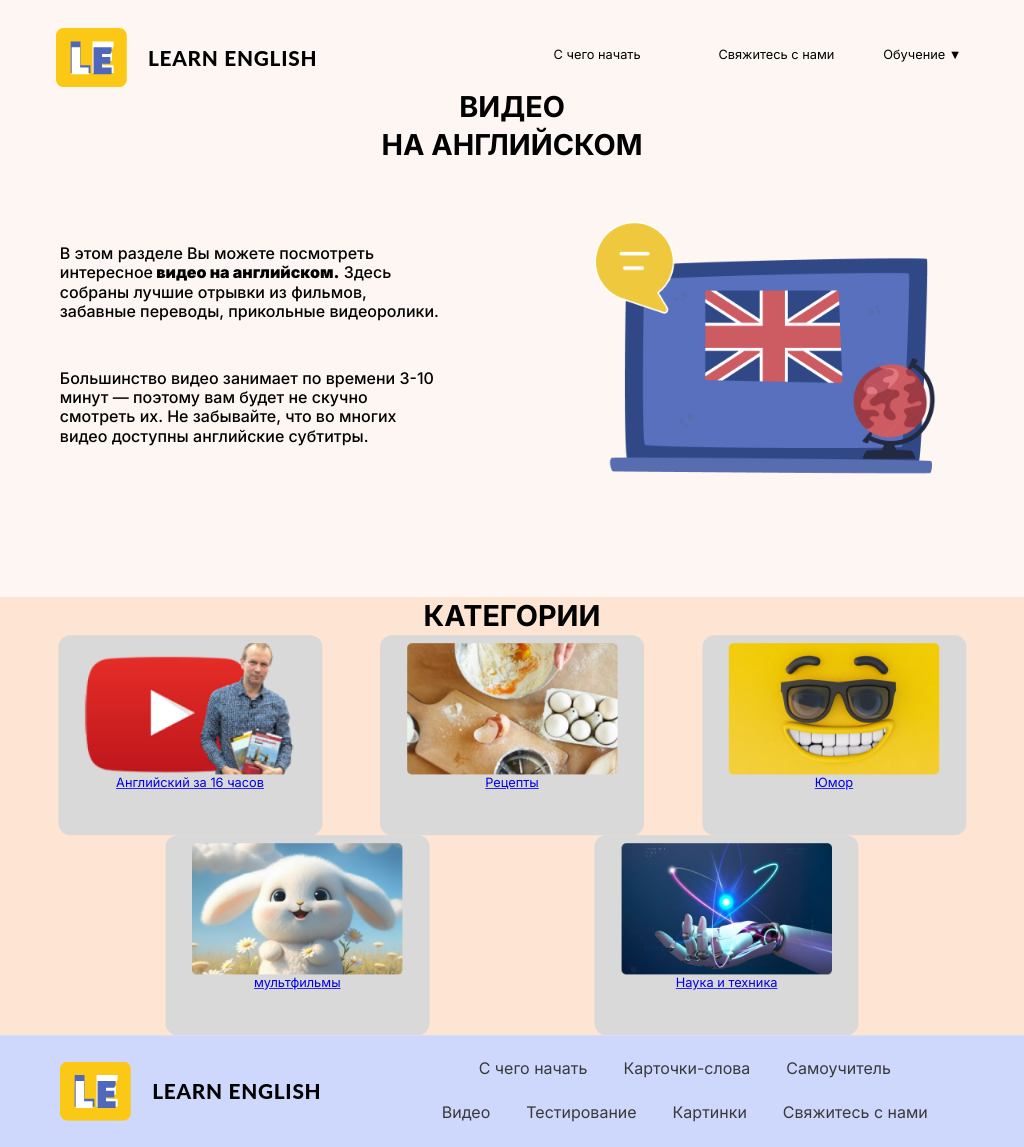
Repository: WladimirVA/Diplom
Page: scool/video.html
These files come from the project's save history. The page is drawn as it stood at one moment and after the next save; the edit follows.
The browser window is 1280 px wide. The pictures show the whole page, at 80% of full size.

Above is the page before, as saved 2023-07-20 15:17:39.

After the next save:
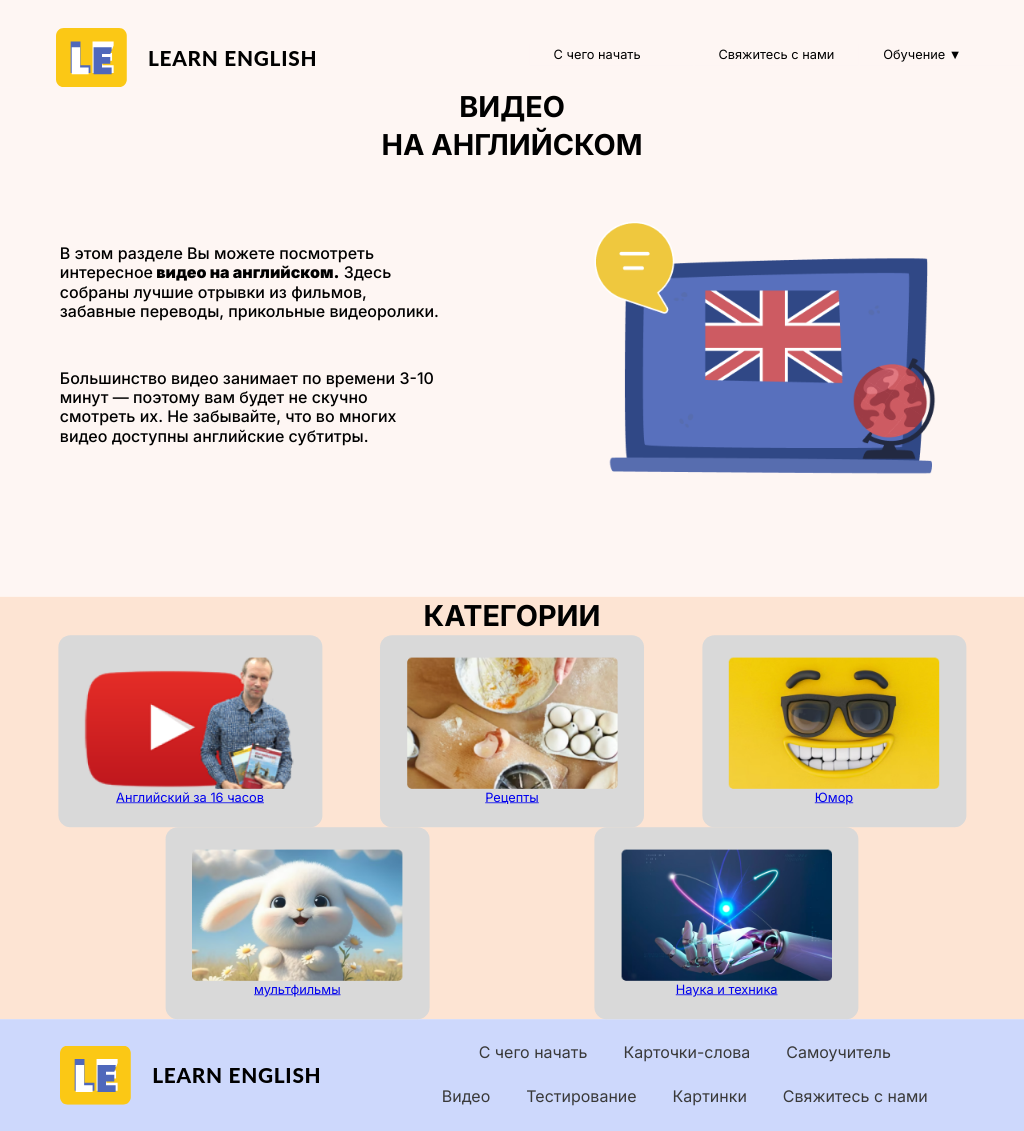
Saved 53 s later.
--- a/scool/css/video.css
+++ b/scool/css/video.css
@@ -48,9 +48,9 @@ h1 {
     display: flex;
     flex-direction: column;
     align-items: center;
+    justify-content: center;
     width: 330px;
     height: 240px;
     background: rgba(217, 217, 217, 1);
     border-radius: 15px;
-    padding-top: 10px;
 }
